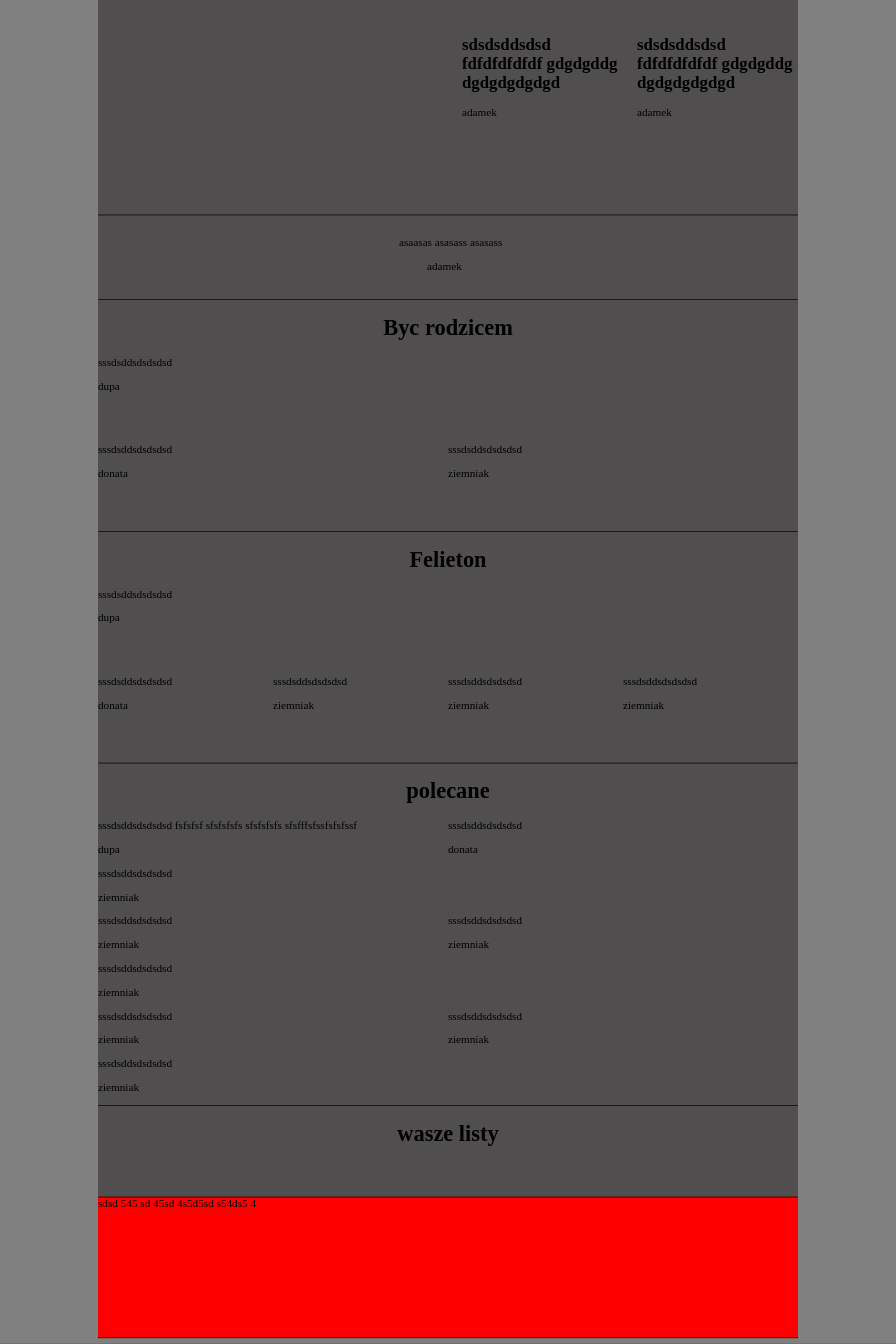
Repository: kq333/pitupitu.pl
Page: index.html
The author's editor kept a copy of each file at every save. The page is drawn from the files as they stood at one save, then again after the next save.
The browser window is 1280 px wide. The pictures show the part of the page from y = 711 to 2631 px (the page is 2631 px tall), at 70% of full size.
The style sheet was rebuilt from its Sass, Less or Tailwind sources for each picture, by a compiler version that may differ from the author's.

Above is the page before, as saved 2020-11-04 13:18:31.

After the next save:
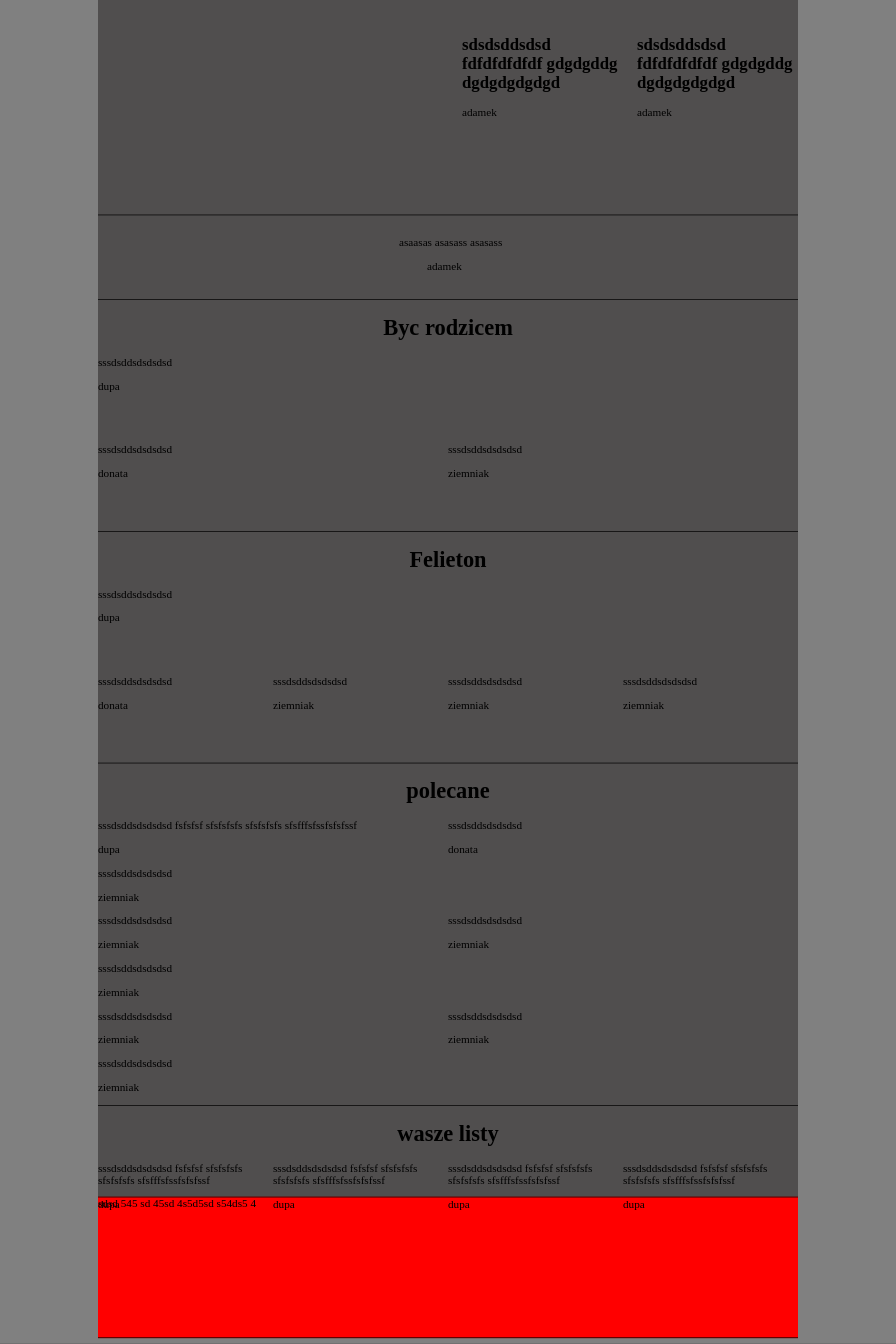
Saved 43 s later.
--- a/index.html
+++ b/index.html
@@ -294,6 +294,40 @@
 
                             <section class="letters">
 
+                                <div class="art27">
+                                    <article> sssdsddsdsdsdsd
+                                        fsfsfsf sfsfsfsfs sfsfsfsfs
+                                        sfsfffsfssfsfsfssf
+                                        <p class="autor_name">dupa</p>
+
+                                    </article>
+                                </div>
+                                <div class="art28">
+                                    <article> sssdsddsdsdsdsd
+                                        fsfsfsf sfsfsfsfs sfsfsfsfs
+                                        sfsfffsfssfsfsfssf
+                                        <p class="autor_name">dupa</p>
+
+                                    </article>
+                                </div>
+
+                                <div class="art29">
+                                    <article> sssdsddsdsdsdsd
+                                        fsfsfsf sfsfsfsfs sfsfsfsfs
+                                        sfsfffsfssfsfsfssf
+                                        <p class="autor_name">dupa</p>
+
+                                    </article>
+                                </div>
+
+                                <div class="art30">
+                                    <article> sssdsddsdsdsdsd
+                                        fsfsfsf sfsfsfsfs sfsfsfsfs
+                                        sfsfffsfssfsfsfssf
+                                        <p class="autor_name">dupa</p>
+
+                                    </article>
+                                </div>
 
                             </section>
 
